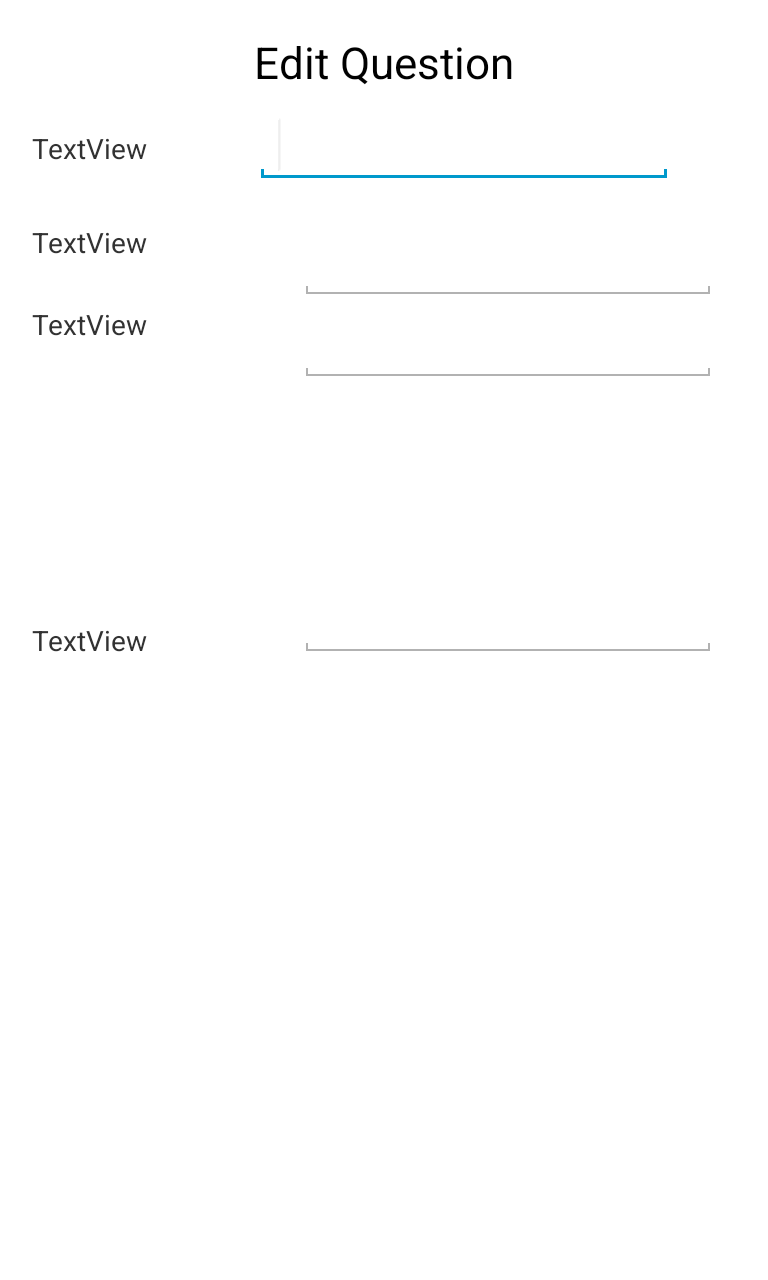
Repository: Sharkeysps/AndroidProjects
Layout: AndroidQuiz/Quiz/res/layout/activity_edit_question.xml
These files come from the project's save history. The layout is drawn as it stood at one moment and after the next save; the edit follows.
It is drawn on a 768 x 1280 px phone screen (xhdpi) without system bars, with theme AppTheme; the app's code is not run.

Above is the layout before, as saved 2014-01-31 22:41:28.

### AndroidQuiz/Quiz/res/layout/activity_edit_question.xml
<RelativeLayout xmlns:android="http://schemas.android.com/apk/res/android"
    xmlns:tools="http://schemas.android.com/tools"
    android:layout_width="match_parent"
    android:layout_height="match_parent"
    android:paddingBottom="@dimen/activity_vertical_margin"
    android:paddingLeft="@dimen/activity_horizontal_margin"
    android:paddingRight="@dimen/activity_horizontal_margin"
    android:paddingTop="@dimen/activity_vertical_margin"
    tools:context=".EditQuestion" >

    <TextView
        android:id="@+id/textView1"
        android:layout_width="wrap_content"
        android:layout_height="wrap_content"
        android:layout_centerHorizontal="true"
        android:text="Edit Question"
        android:textAppearance="?android:attr/textAppearanceLarge" />

    <TextView
        android:id="@+id/textView2"
        android:layout_width="wrap_content"
        android:layout_height="wrap_content"
        android:layout_below="@+id/textView1"
        android:layout_marginTop="19dp"
        android:text="TextView" />

    <TextView
        android:id="@+id/textView3"
        android:layout_width="wrap_content"
        android:layout_height="wrap_content"
        android:layout_alignLeft="@+id/textView2"
        android:layout_below="@+id/textView2"
        android:layout_marginTop="28dp"
        android:text="TextView" />

    <TextView
        android:id="@+id/textView4"
        android:layout_width="wrap_content"
        android:layout_height="wrap_content"
        android:layout_alignLeft="@+id/textView3"
        android:layout_below="@+id/textView3"
        android:layout_marginTop="22dp"
        android:text="TextView" />

    <EditText
        android:id="@+id/editText1"
        android:layout_width="wrap_content"
        android:layout_height="wrap_content"
        android:layout_alignBaseline="@+id/textView2"
        android:layout_alignBottom="@+id/textView2"
        android:layout_alignLeft="@+id/textView1"
        android:ems="10" >

        <requestFocus />
    </EditText>

    <EditText
        android:id="@+id/editText2"
        android:layout_width="wrap_content"
        android:layout_height="wrap_content"
        android:layout_alignLeft="@+id/editText1"
        android:layout_alignTop="@+id/textView3"
        android:layout_marginLeft="22dp"
        android:ems="10" />

    <EditText
        android:id="@+id/editText3"
        android:layout_width="wrap_content"
        android:layout_height="wrap_content"
        android:layout_alignLeft="@+id/editText2"
        android:layout_alignTop="@+id/textView4"
        android:ems="10" />

    <TextView
        android:id="@+id/textView5"
        android:layout_width="wrap_content"
        android:layout_height="wrap_content"
        android:layout_alignLeft="@+id/textView4"
        android:layout_centerVertical="true"
        android:text="TextView" />

    <EditText
        android:id="@+id/editText4"
        android:layout_width="wrap_content"
        android:layout_height="wrap_content"
        android:layout_alignBottom="@+id/textView5"
        android:layout_alignLeft="@+id/editText2"
        android:layout_alignRight="@+id/editText3"
        android:ems="10" />

</RelativeLayout>

Loaded but not shown: AndroidQuiz/Quiz/res/values/styles.xml (common file); AndroidQuiz/Quiz/res/values-v11/styles.xml (common file); AndroidQuiz/Quiz/res/values-v14/styles.xml (common file); AndroidQuiz/Quiz/res/values/dimens.xml (common file)

After the next save:
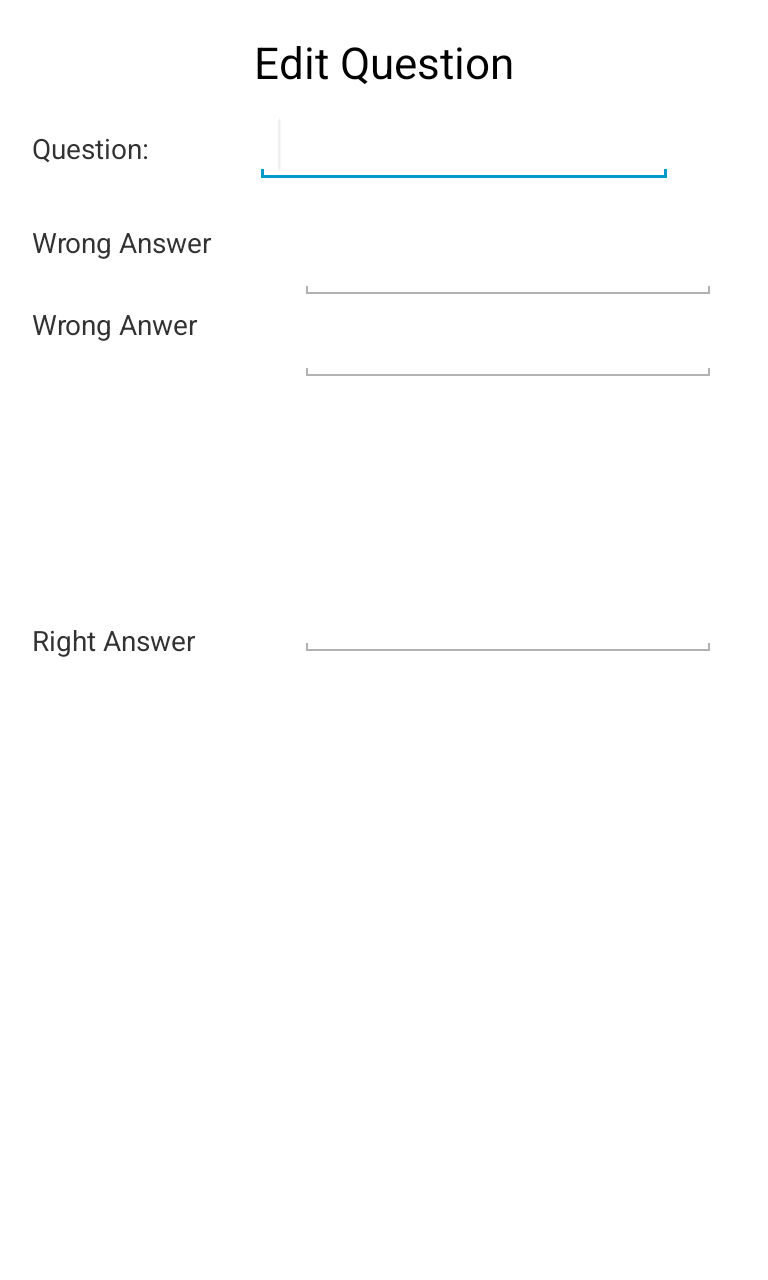
Saved 44 s later.
--- a/AndroidQuiz/Quiz/res/layout/activity_edit_question.xml
+++ b/AndroidQuiz/Quiz/res/layout/activity_edit_question.xml
@@ -22,7 +22,7 @@
         android:layout_height="wrap_content"
         android:layout_below="@+id/textView1"
         android:layout_marginTop="19dp"
-        android:text="TextView" />
+        android:text="Question:" />
 
     <TextView
         android:id="@+id/textView3"
@@ -31,7 +31,7 @@
         android:layout_alignLeft="@+id/textView2"
         android:layout_below="@+id/textView2"
         android:layout_marginTop="28dp"
-        android:text="TextView" />
+        android:text="Wrong Answer" />
 
     <TextView
         android:id="@+id/textView4"
@@ -40,7 +40,7 @@
         android:layout_alignLeft="@+id/textView3"
         android:layout_below="@+id/textView3"
         android:layout_marginTop="22dp"
-        android:text="TextView" />
+        android:text="Wrong Anwer" />
 
     <EditText
         android:id="@+id/editText1"
@@ -77,7 +77,7 @@
         android:layout_height="wrap_content"
         android:layout_alignLeft="@+id/textView4"
         android:layout_centerVertical="true"
-        android:text="TextView" />
+        android:text="Right Answer" />
 
     <EditText
         android:id="@+id/editText4"
